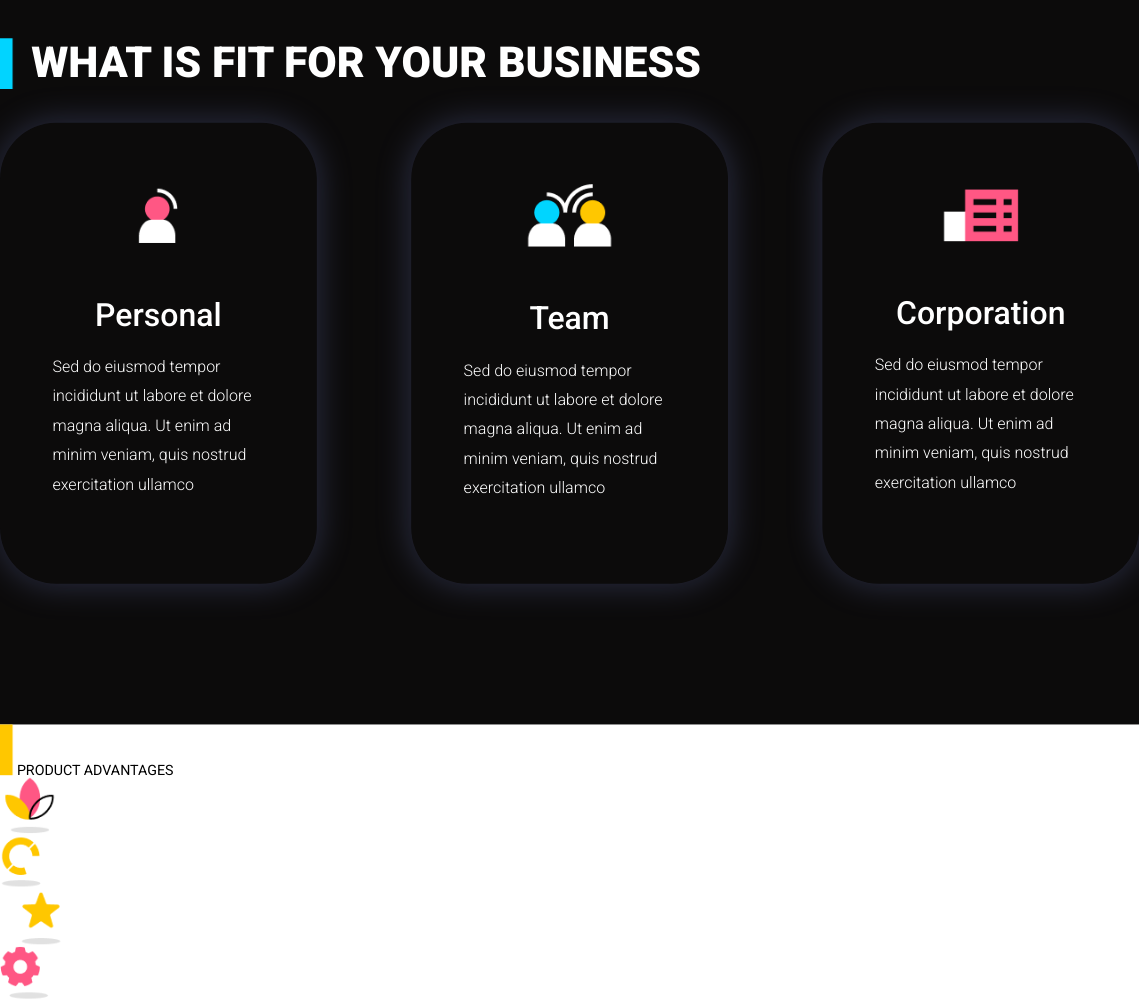
Repository: VetaWhale/team-site-test
Page: index.html
These files come from the project's save history. The page is drawn as it stood at one moment and after the next save; the edit follows.
The browser window is 1280 px wide. The pictures show the whole page, at 89% of full size.
Some web fonts or font styles are not loaded; a fallback is used.

Above is the page before, as saved 2023-04-24 14:12:30.

After the next save:
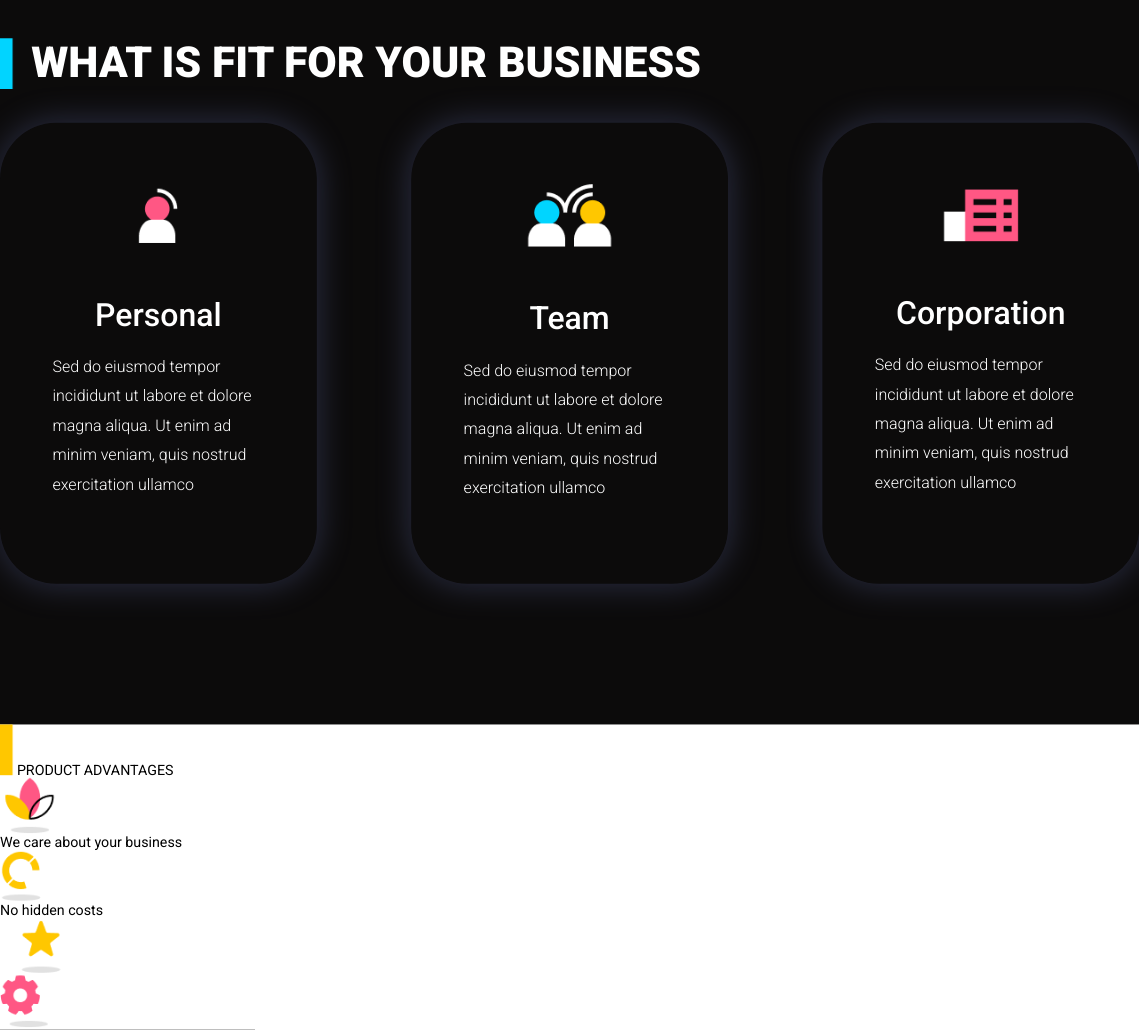
Saved 3 min 27 s later.
--- a/index.html
+++ b/index.html
@@ -53,31 +53,31 @@
             <div class="product__container">
                 <div class="product__item">
                     <img src="./resources/product_icon-flower.png" alt="">
-                    <p class="product__title-text">
-
-                    </p>
+                    <h2 class="product__title-text">
+                        We care about your business
+                    </h2>
 
                 </div>
                 <div class="product__item">
                     <img src="./resources/product_icon-ellipse.png" alt="">
-                    <p class="product__title-text">
-
-                    </p>
+                    <h2 class="product__title-text">
+                        No hidden costs
+                    </h2>
 
                 </div>
                 <div class="product__item">
                     <img src="./resources/product_icon-star.png" alt="">
 
-                    <p class="product__title-text">
+                    <h2 class="product__title-text">
 
-                    </p>
+                    </h2>
                 </div>
                 <div class="product__item">
                     <img src="./resources/ICON 04.png" alt="">
 
-                    <p class="product__title-text">
+                    <h2 class="product__title-text">
 
-                    </p>
+                    </h2>
                 </div>
             </div>
         </section>
